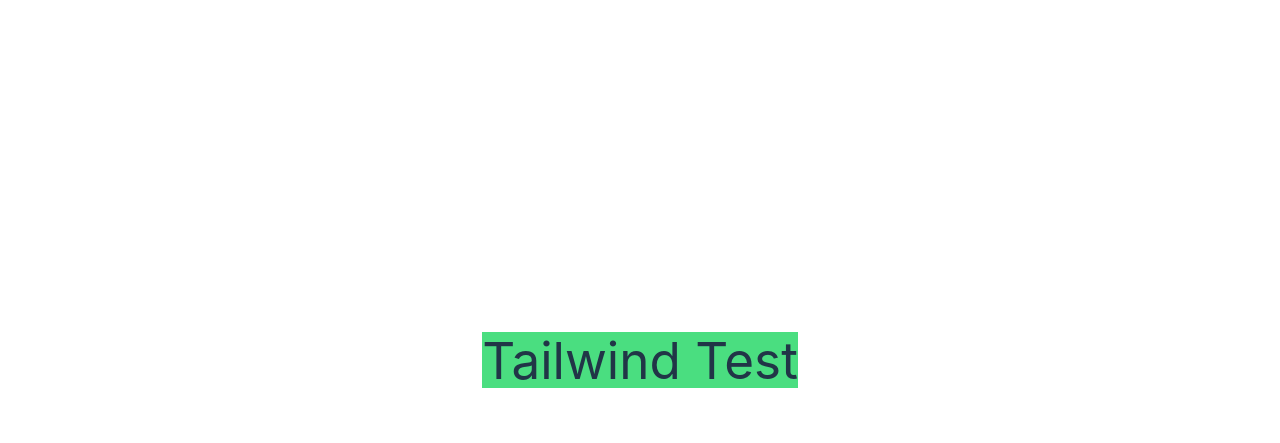
Repository: sohaibhabib-se/chai-aur-react
Page: / (app in 03tailwindprops/)
These files come from the project's save history. The page is drawn as it stood at one moment and after the next save; the edit follows.
The browser window is 1280 px wide. The pictures show the whole page.
The project was rebuilt for these pictures with package versions that can differ from the ones it lists, and the page was loaded fresh each time. Also part of the build but not shown: 03tailwindprops/vite.config.js.

Above is the page before, as saved 2024-01-04 17:20:40.

After the next save:
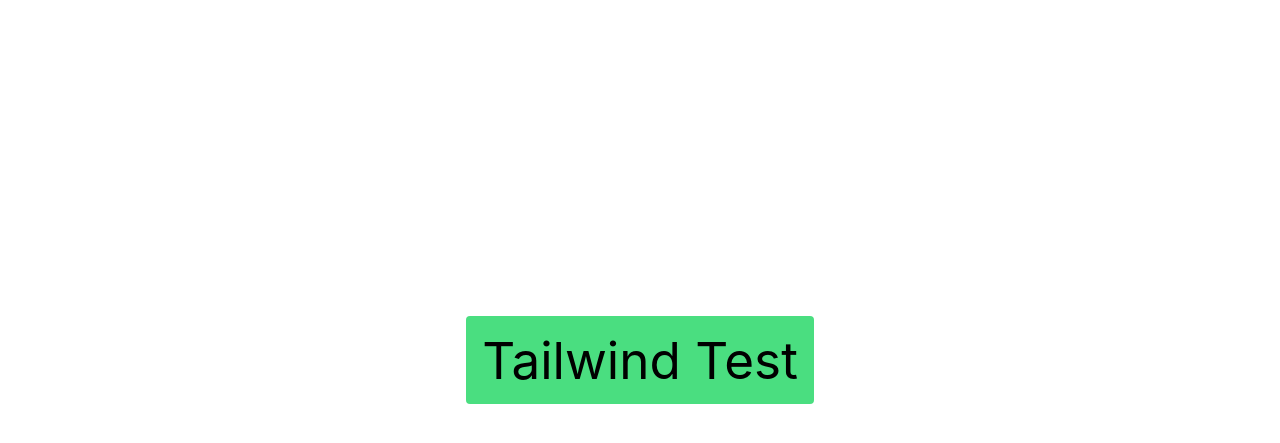
Saved 63 s later.
--- a/03tailwindprops/src/App.jsx
+++ b/03tailwindprops/src/App.jsx
@@ -8,7 +8,7 @@
 
   return (
     <>
-      <h1 className='bg-green-400'>Tailwind Test</h1>
+      <h1 className='bg-green-400 text-black p-4 rounded'>Tailwind Test</h1>
     </>
   )
 }
